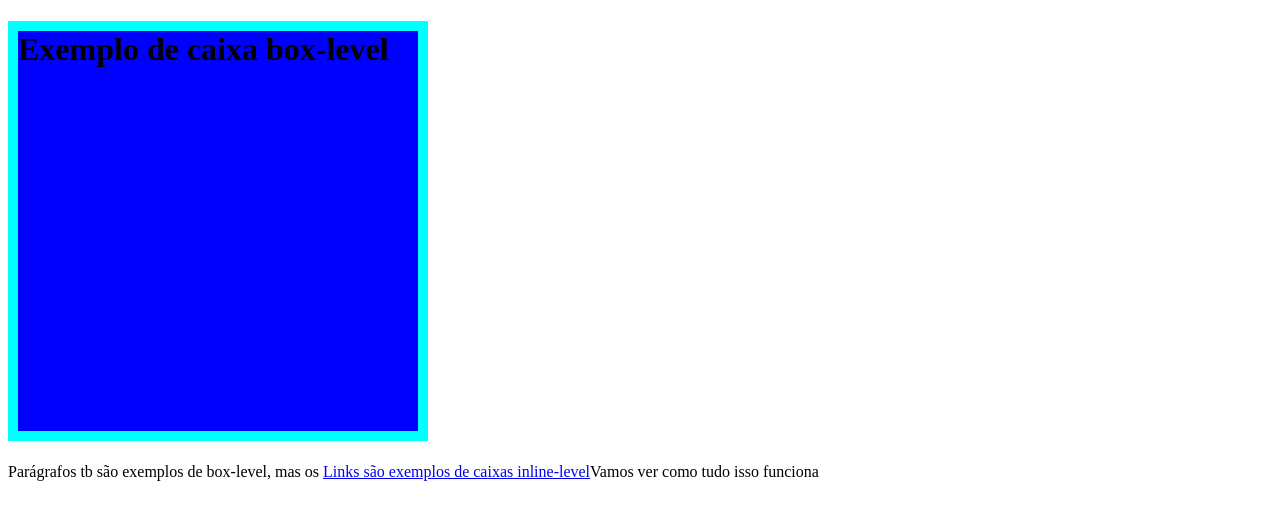
Repository: DorivalJunior14/exercicios
Page: ex.caixas.html/ex.caixas.html
These files come from the project's save history. The page is drawn as it stood at one moment and after the next save; the edit follows.
The browser window is 1280 px wide. The pictures show the whole page.

Above is the page before, as saved 2021-05-12 16:31:37.

After the next save:
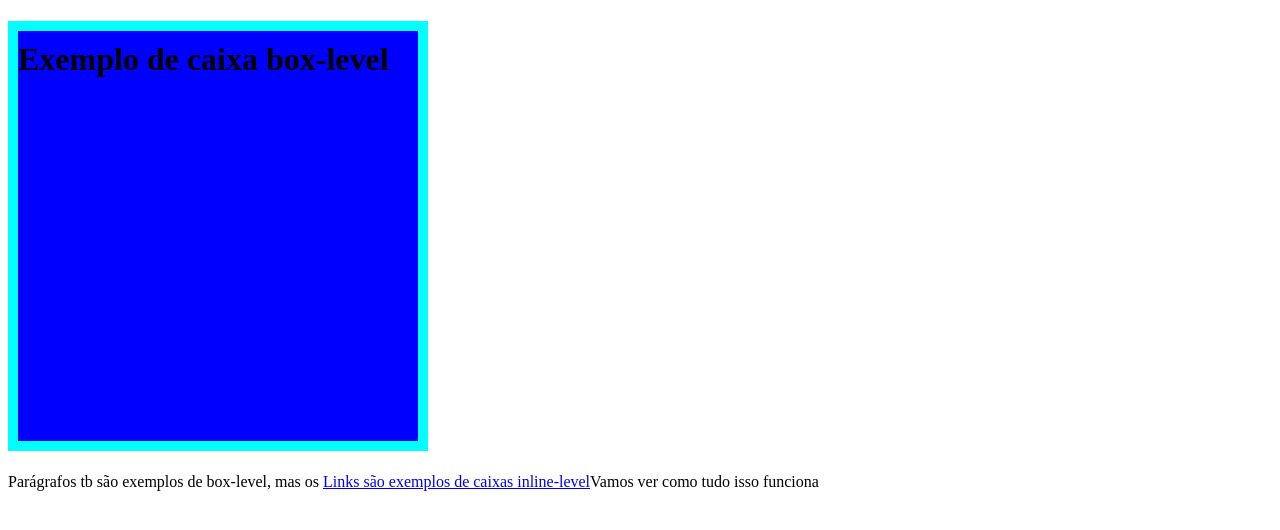
Saved 4 s later.
--- a/ex.caixas.html/ex.caixas.html
+++ b/ex.caixas.html/ex.caixas.html
@@ -12,7 +12,7 @@
             border-width: 10px;
             border-style: solid;
             border-color: aqua;
-            padding-top: 10;
+            padding-top: 10px;
 
         }
     </style>
